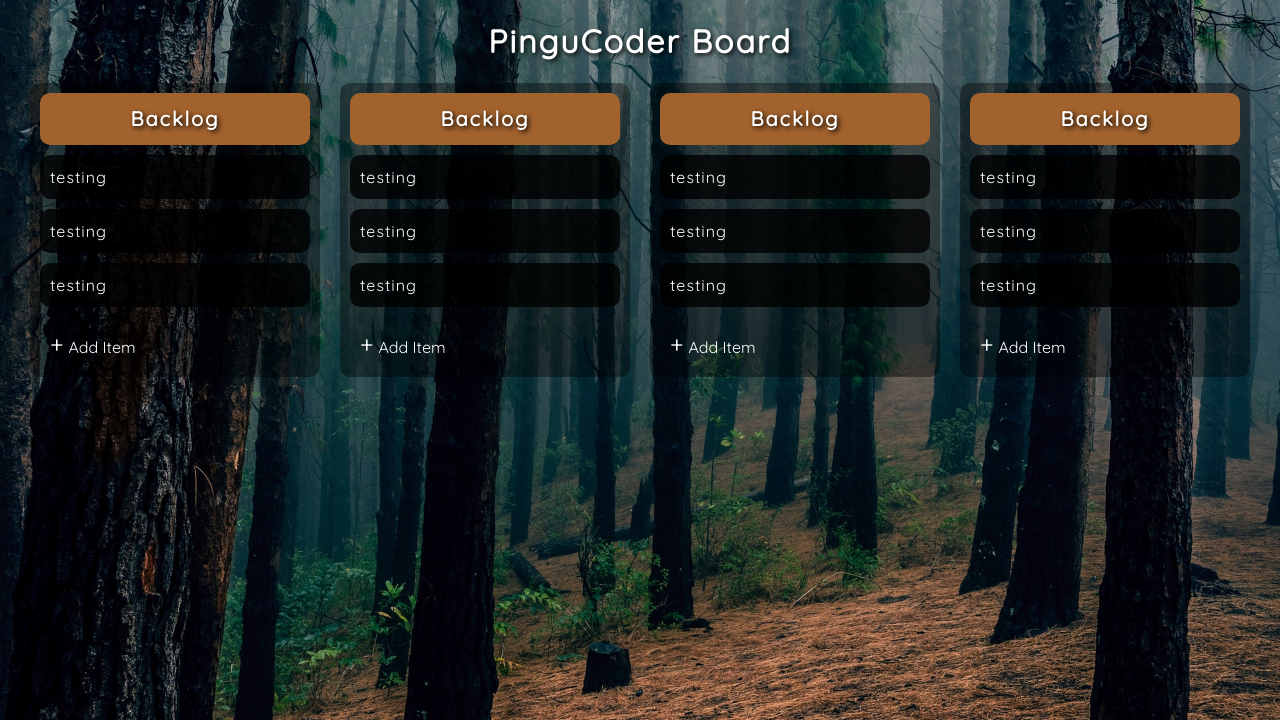
Repository: chanwarichawki/6Drag-And-Drop
Page: index.html
The author's editor kept a copy of each file at every save. The page is drawn from the files as they stood at one save, then again after the next save.
The browser window is 1280 px wide. The pictures show the whole page.

Above is the page before, as saved 2023-12-25 18:55:57.

### index.html
<!DOCTYPE html>
<html lang="en">
<head>
    <meta charset="UTF-8">
    <meta name="viewport" content="width=device-width, initial-scale=1.0">
    <title>Drag and Drop</title>
    <link rel="icon" type="image/png" href="favicon.png">
    <link rel="stylesheet" href="style.css">
</head>
<body>
    <h1 class="main-title">PinguCoder Board</h1>
    <div class="drag-container">
      <ul class="drag-list">
        <!-- backLog column -->
        <li class="drag-column backlog-column">
        <span class="header">
          <h1>Backlog</h1>
        </span>
        <!-- backLog content -->
        <div class="backlog-content">
          <ul class="drag-item-list" id="backlog-list">
            <li class="drag-item">testing</li>
            <li class="drag-item">testing</li>
            <li class="drag-item">testing</li>
          </ul>
        </div>
        <!-- add button group -->
        <div class="add-btn-group">
          <div class="add-btn">
            <span class="plus-sign">+</span>
            <span>Add Item</span>
          </div>
          <div class="add-btn solid">
            <span>Sve Item</span>
          </div>
          <div class="add-container">
            <div class="add-item"></div>
          </div>
        </div>
      </li>


        <!-- backLog column -->
        <li class="drag-column backlog-column">
        <span class="header">
          <h1>Backlog</h1>
        </span>
        <!-- backLog content -->
        <div class="backlog-content">
          <ul class="drag-item-list" id="backlog-list">
            <li class="drag-item">testing</li>
            <li class="drag-item">testing</li>
            <li class="drag-item">testing</li>
          </ul>
        </div>
        <!-- add button group -->
        <div class="add-btn-group">
          <div class="add-btn">
            <span class="plus-sign">+</span>
            <span>Add Item</span>
          </div>
          <div class="add-btn solid">
            <span>Sve Item</span>
          </div>
          <div class="add-container">
            <div class="add-item"></div>
          </div>
        </div>
      </li>


        <!-- backLog column -->
        <li class="drag-column backlog-column">
        <span class="header">
          <h1>Backlog</h1>
        </span>
        <!-- backLog content -->
        <div class="backlog-content">
          <ul class="drag-item-list" id="backlog-list">
            <li class="drag-item">testing</li>
            <li class="drag-item">testing</li>
            <li class="drag-item">testing</li>
          </ul>
        </div>
        <!-- add button group -->
        <div class="add-btn-group">
          <div class="add-btn">
            <span class="plus-sign">+</span>
            <span>Add Item</span>
          </div>
          <div class="add-btn solid">
            <span>Sve Item</span>
          </div>
          <div class="add-container">
            <div class="add-item"></div>
          </div>
        </div>
      </li>


        <!-- backLog column -->
        <li class="drag-column backlog-column">
        <span class="header">
          <h1>Backlog</h1>
        </span>
        <!-- backLog content -->
        <div class="backlog-content">
          <ul class="drag-item-list" id="backlog-list">
            <li class="drag-item">testing</li>
            <li class="drag-item">testing</li>
            <li class="drag-item">testing</li>
          </ul>
        </div>
        <!-- add button group -->
        <div class="add-btn-group">
          <div class="add-btn">
            <span class="plus-sign">+</span>
            <span>Add Item</span>
          </div>
          <div class="add-btn solid">
            <span>Sve Item</span>
          </div>
          <div class="add-container">
            <div class="add-item"></div>
          </div>
        </div>
      </li>


      </ul>
    </div>
    <!-- Script -->
    <script src="script.js"></script>
</body>
</html>

### style.css
/* Trees Image - Pexels: https://www.pexels.com/photo/photo-of-trees-in-forest-3801030/ */
@import url("https://fonts.googleapis.com/css?family=Quicksand&display=swap");

html {
  box-sizing: border-box;
}

:root {
  --column-1: #a2622d;
  --column-2: #1b6161;
  --column-3: #248224;
  --column-4: #a22d22;
}

body {
  margin: 0;
  background: url("./trees.jpg");
  background-size: cover;
  background-position: 50% 60%;
  background-attachment: fixed;
  color: white;
  font-family: Quicksand, sans-serif;
  overflow-y: hidden;
}

h1 {
  letter-spacing: 2px;
  text-shadow: 2px 2px 5px black;
}

.main-title {
  text-align: center;
  font-size: 3rem;
}

ul {
  list-style-type: none;
  margin: 0;
  padding: 0;
}

.drag-container {
  margin: 20px;
}

.drag-list {
  display: flex;
  align-items: flex-start;
}

/* Columns */
.drag-column {
  flex: 1;
  margin: 0 10px;
  position: relative;
  background-color: rgba(0, 0, 0, 0.4);
  border-radius: 10px;
  overflow-x: hidden;
}

.backlog-column .header,
.backlog-column .solid,
.backlog-column .solid:hover,
.backlog-column .over {
  background-color: var(--column-1);
}

.progress-column .header,
.progress-column .solid,
.progress-column .solid:hover,
.progress-column .over {
  background-color: var(--column-2);
}

.complete-column .header,
.complete-column .solid,
.complete-column .solid:hover,
.complete-column .over {
  background-color: var(--column-3);
}

.on-hold-column .header,
.on-hold-column .solid,
.on-hold-column .solid:hover,
.on-hold-column .over {
  background-color: var(--column-4);
}

/* Custom Scrollbar */
.custom-scroll {
  overflow-y: auto;
  max-height: 75vh;
}

.custom-scroll::-webkit-scrollbar-track {
  box-shadow: inset 0 0 6px rgba(0, 0, 0, 0.4);
  border-radius: 10px;
  background-color: rgba(255, 255, 255, 0.3);
  margin-right: 5px;
}

.custom-scroll::-webkit-scrollbar {
  width: 10px;
}

.custom-scroll::-webkit-scrollbar-thumb {
  border-radius: 10px;
  box-shadow: inset 0 0 6px rgba(0, 0, 0, 0.3);
  background-color: rgba(0, 0, 0, 0.8);
}

.header {
  display: flex;
  justify-content: center;
  border-radius: 10px;
  margin: 10px;
}

.header h1 {
  font-size: 1.25rem;
}

/* Drag and Drop */
.over {
  padding: 50px 10px;
}

.drag-item-list {
  min-height: 50px;
}

.drag-item {
  margin: 10px;
  padding: 10px;
  height: fit-content;
  background-color: rgba(0, 0, 0, 0.8);
  border-radius: 10px;
  line-height: 1.5rem;
  letter-spacing: 1px;
  cursor: pointer;
}

.drag-item:focus {
  outline: none;
  background-color: white;
  color: black;
}

/* Add Button Group */
.add-btn-group {
  display: flex;
  justify-content: space-between;
}

.add-btn {
  margin: 10px;
  padding: 5px 10px;
  display: flex;
  align-items: center;
  cursor: pointer;
  width: fit-content;
  border-radius: 5px;
  transition: all 0.3s ease-in;
  user-select: none;
}

.add-btn:hover {
  background-color: rgba(255, 255, 255, 0.9);
  color: black;
}

.add-btn:active {
  transform: scale(0.97);
}

.solid {
  display: none;
}

.solid:hover {
  transition: unset;
  filter: brightness(95%);
  color: white;
}

.plus-sign {
  font-size: 1.5rem;
  margin-right: 5px;
  position: relative;
  top: -3px;
}

.add-container {
  margin: 10px;
  padding: 5px 10px;
  border-radius: 10px;
  background-color: rgba(255, 255, 255, 0.9);
  min-height: 100px;
  display: none;
}

.add-item {
  width: 100%;
  min-height: 100px;
  height: auto;
  background-color: white;
  border-radius: 10px;
  margin: 5px auto;
  resize: none;
  color: black;
  padding: 10px;
}

.add-item:focus {
  outline: none;
}

/* Media Query: Laptop */
@media screen and (max-width: 1800px) {
  .main-title {
    font-size: 2rem;
  }
}

/* Media Query: Large Smartphone (Vertical) */
@media screen and (max-width: 600px) {
  body {
    overflow-y: auto;
  }

  .drag-container {
    margin: 0;
  }

  .drag-list {
    display: block;
  }

  .drag-column {
    margin: 10px;
  }
}

### script.js
const addBtns = document.querySelectorAll('.add-btn:not(.solid)');
const saveItemBtns = document.querySelectorAll('.solid');
const addItemContainers = document.querySelectorAll('.add-container');
const addItems = document.querySelectorAll('.add-item');
// Item Lists
const itemLists = document.querySelectorAll('.drag-item-list');
const backlogList = document.getElementById('backlog-list');
const progressList = document.getElementById('progress-list');
const completeList = document.getElementById('complete-list');
const onHoldList = document.getElementById('on-hold-list');

// Items


// Initialize Arrays
let backlogListArray = [];
let progressListArray = [];
let completeListArray = [];
let onHoldListArray = [];

// Drag Functionality


// Get Arrays from localStorage if available, set default values if not
function getSavedColumns() {
  if (localStorage.getItem('backlogItems')) {
    backlogListArray = JSON.parse(localStorage.backlogItems);
    progressListArray = JSON.parse(localStorage.progressItems);
    completeListArray = JSON.parse(localStorage.completeItems);
    onHoldListArray = JSON.parse(localStorage.onHoldItems);
  } else {
    backlogListArray = ['Release the course', 'Sit back and relax'];
    progressListArray = ['Work on projects', 'Listen to music'];
    completeListArray = ['Being cool', 'Getting stuff done'];
    onHoldListArray = ['Being uncool'];
  }
}

// Set localStorage Arrays
function updateSavedColumns() {
  localStorage.setItem('backlogItems', JSON.stringify(backlogListArray));
  localStorage.setItem('progressItems', JSON.stringify(progressListArray));
  localStorage.setItem('completeItems', JSON.stringify(completeListArray));
  localStorage.setItem('onHoldItems', JSON.stringify(onHoldListArray));
}

// Create DOM Elements for each list item
function createItemEl(columnEl, column, item, index) {
  console.log('columnEl:', columnEl);
  console.log('column:', column);
  console.log('item:', item);
  console.log('index:', index);
  // List Item
  const listEl = document.createElement('li');
  listEl.classList.add('drag-item');

}

// Update Columns in DOM - Reset HTML, Filter Array, Update localStorage
function updateDOM() {
  // Check localStorage once

  // Backlog Column

  // Progress Column

  // Complete Column

  // On Hold Column

  // Run getSavedColumns only once, Update Local Storage


}

After the next save:
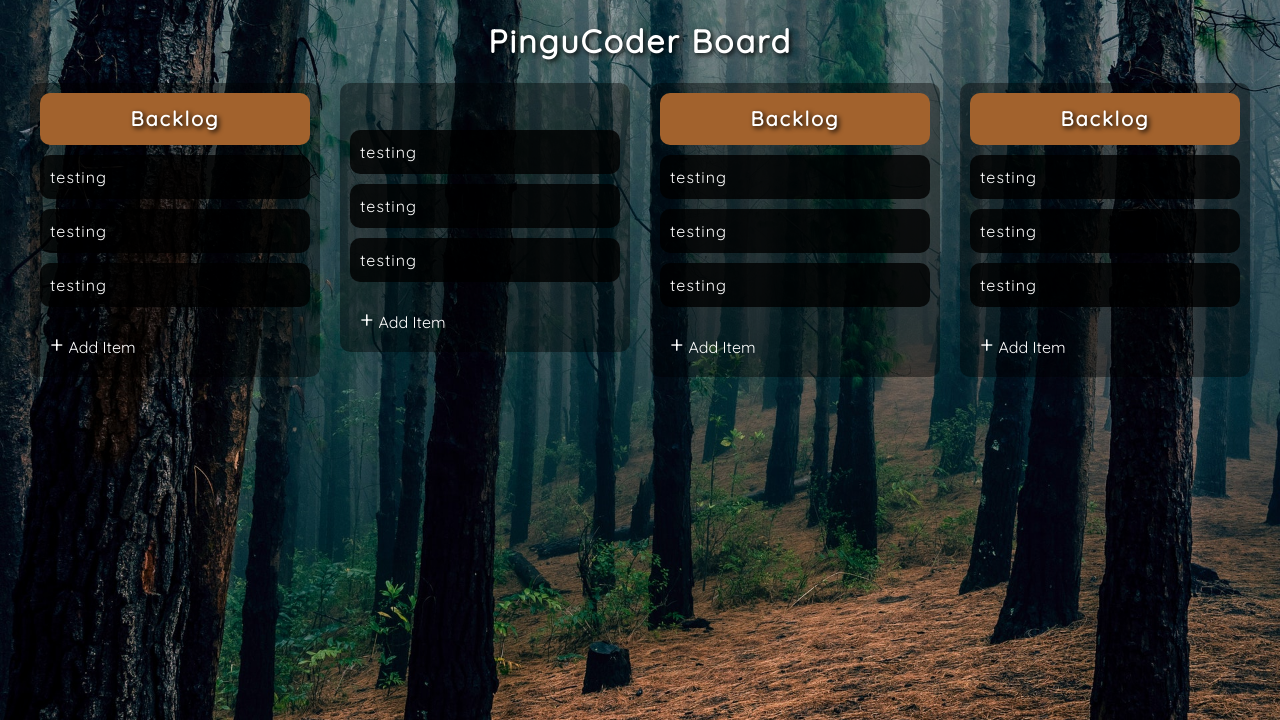
Saved 114 s later.
--- a/index.html
+++ b/index.html
@@ -40,14 +40,14 @@
       </li>
 
 
-        <!-- backLog column -->
-        <li class="drag-column backlog-column">
+        <!--  column -->
+        <li class="drag-column -column">
         <span class="header">
-          <h1>Backlog</h1>
+          <h1></h1>
         </span>
-        <!-- backLog content -->
-        <div class="backlog-content">
-          <ul class="drag-item-list" id="backlog-list">
+        <!--  content -->
+        <div class="-content">
+          <ul class="drag-item-list" id="-list">
             <li class="drag-item">testing</li>
             <li class="drag-item">testing</li>
             <li class="drag-item">testing</li>
